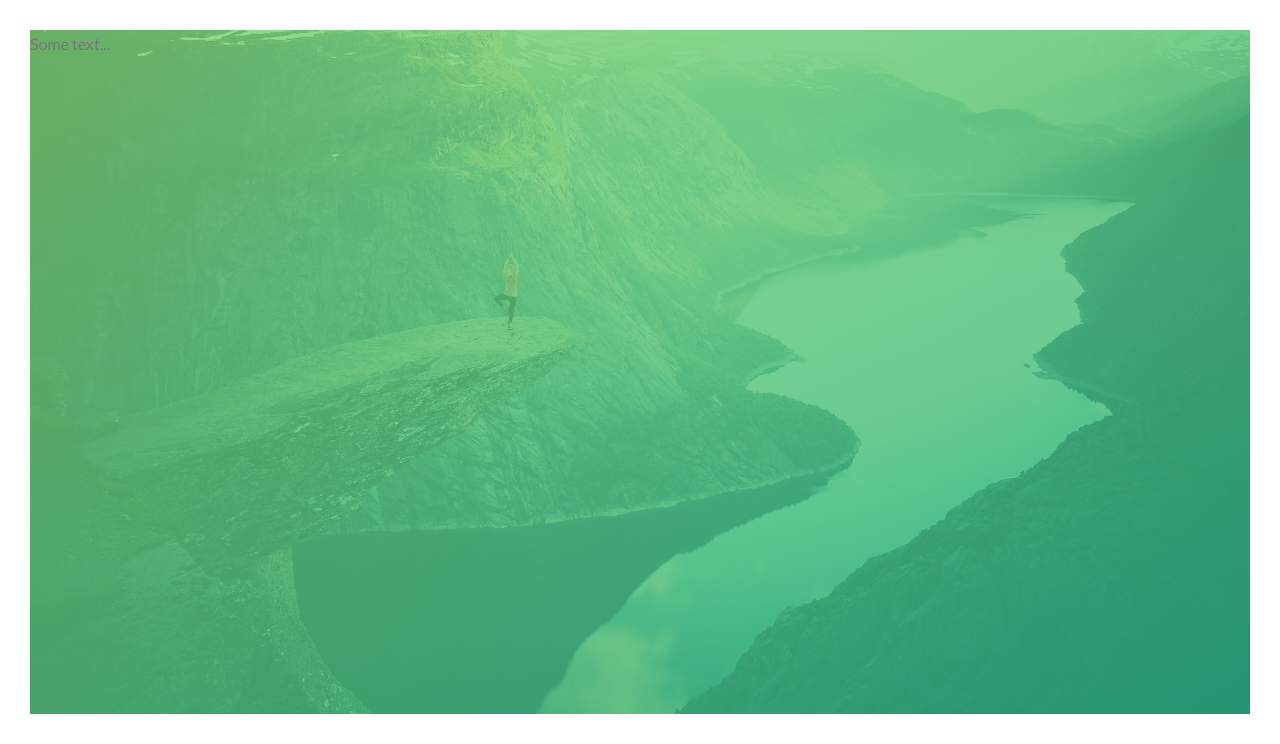
Repository: EGimenoS/natours
Page: index.html
These files come from the project's save history. The page is drawn as it stood at one moment and after the next save; the edit follows.
The browser window is 1280 px wide. The pictures show the whole page.

Above is the page before, as saved 2020-04-16 18:30:08.

After the next save:
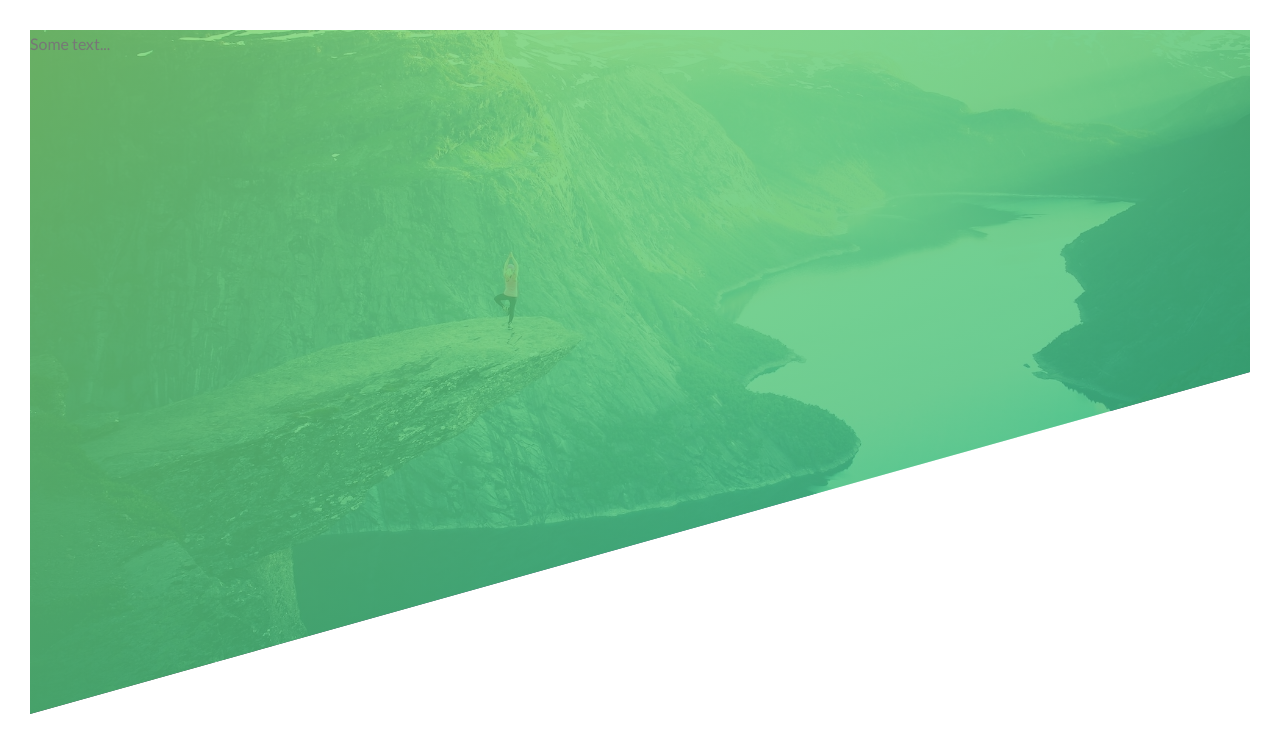
Saved 3 min 46 s later.
--- a/css/style.css
+++ b/css/style.css
@@ -33,4 +33,5 @@
     url("../img/hero.jpg");
   background-size: cover;
   background-position: top;
+  clip-path: polygon(0 0, 100% 0, 100% 50%, 0 100%);
 }
